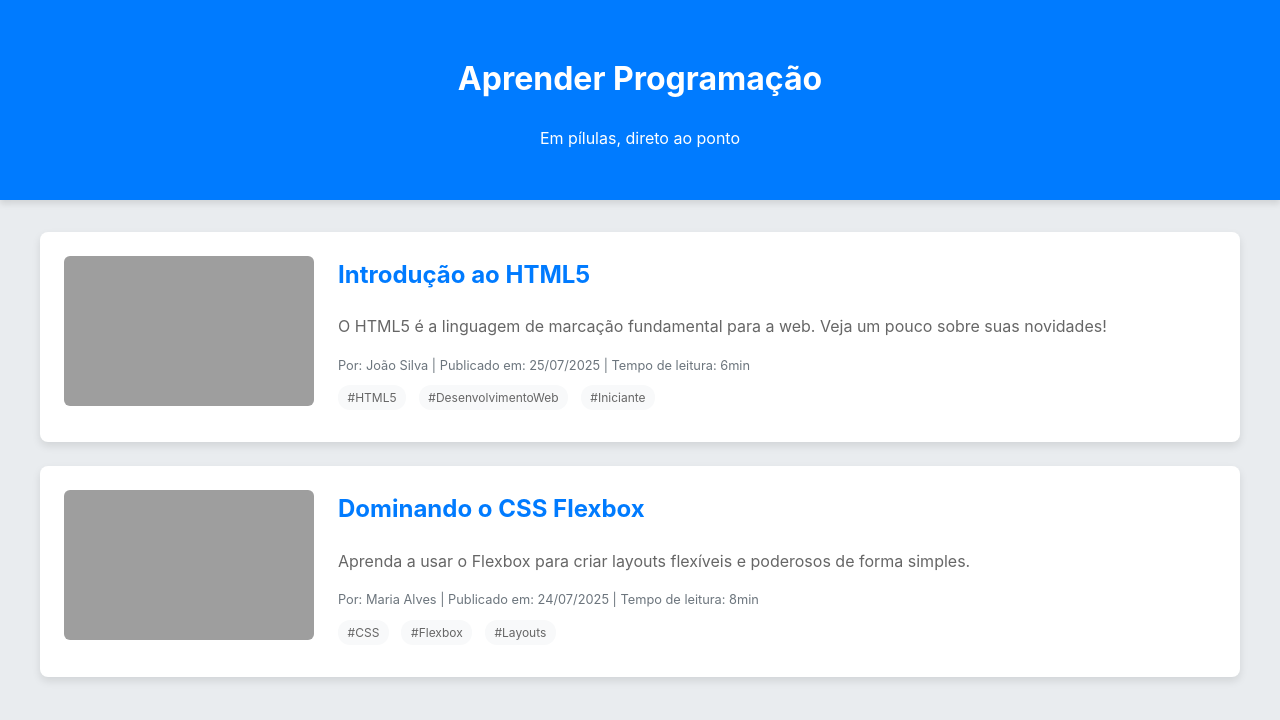
Repository: douglasabnovato/aprender-programar
Page: index.html
These files come from the project's save history. The page is drawn as it stood at one moment and after the next save; the edit follows.
The browser window is 1280 px wide. The pictures show the whole page.
Pictures or frames that could not be fetched are drawn as grey boxes.

Above is the page before, as saved 2025-08-01 14:49:30.

### index.html
<!DOCTYPE html>
<html lang="pt-br">
  <head>
    <meta charset="UTF-8" />
    <meta name="viewport" content="width=device-width, initial-scale=1.0" />
<title>Aprender Programação</title>
    <link rel="stylesheet" href="style.css" />
  </head>
  <body>
    <header>
      <h1>Aprender Programação</h1>
      <p>Em pílulas, direto ao ponto</p>
    </header>

    <main class="container">
      <article class="card">
        <div class="card-preview">
          <img
            src="https://picsum.photos/id/1018/250/150"
            alt="Uma imagem que representa o tema do post"
            class="card-thumbnail"
          />

          <div class="card-info">
            <h2 class="card-title">Introdução ao HTML5</h2>
            <p class="card-description">
              O HTML5 é a linguagem de marcação fundamental para a web. Veja um
              pouco sobre suas novidades!
            </p>

            <div class="card-meta">
              <span class="card-author">Por: João Silva</span> |
              <span class="card-date">Publicado em: 25/07/2025</span> |
              <span class="card-read-time">Tempo de leitura: 6min</span>
            </div>

            <div class="card-tags">
              <span class="tag">#HTML5</span>
              <span class="tag">#DesenvolvimentoWeb</span>
              <span class="tag">#Iniciante</span>
            </div>
          </div>
        </div>

        <div class="card-content">
          <h3>O que é HTML5?</h3>
          <p>
            O HTML5 é a última versão do HTML, a linguagem de marcação
            fundamental para a web. Ele introduziu novas tags semânticas e APIs
            poderosas para criar aplicações web mais ricas e interativas.
          </p>

          <h3>Tags Semânticas</h3>
          <p>
            O HTML5 trouxe várias novidades, como as tags
            <code>&lt;header&gt;</code>, <code>&lt;nav&gt;</code>,
            <code>&lt;main&gt;</code>, <code>&lt;section&gt;</code> e
            <code>&lt;footer&gt;</code>, que ajudam a estruturar o conteúdo de
            forma mais clara, melhorando a acessibilidade e o SEO.
          </p>
          <pre><code>
&lt;!DOCTYPE html&gt;
&lt;html lang="pt-br"&gt;
&lt;head&gt;
    &lt;title&gt;Título da Página&lt;/title&gt;
&lt;/head&gt;
&lt;body&gt;
    &lt;header&gt;
        &lt;h1&gt;Título do Blog&lt;/h1&gt;
    &lt;/header&gt;
    &lt;main&gt;
        &lt;article&gt;
            &lt;h2&gt;Título do Post&lt;/h2&gt;
        &lt;/article&gt;
    &lt;/main&gt;
&lt;/body&gt;
&lt;/html&gt;
          </code></pre>

          <h3>Vídeo Explicativo</h3>
          <div class="video-container">
            <iframe
              src="https://www.youtube.com/embed/dQw4w9WgXcQ"
              frameborder="0"
              allow="accelerometer; autoplay; clipboard-write; encrypted-media; gyroscope; picture-in-picture"
              allowfullscreen
            ></iframe>
          </div>

          <p>
            Com o HTML5, podemos incorporar conteúdo multimídia de forma nativa
            e criar layouts responsivos com mais facilidade.
          </p>

          <img
            src="https://picsum.photos/id/1018/800/400"
            alt="Exemplo de tag semântica"
            class="post-image"
          />
        </div>
      </article>

      <article class="card">
        <div class="card-preview">
          <img
            src="https://picsum.photos/id/237/250/150"
            alt="Uma imagem que representa o tema do post"
            class="card-thumbnail"
          />

          <div class="card-info">
            <h2 class="card-title">Dominando o CSS Flexbox</h2>
            <p class="card-description">
              Aprenda a usar o Flexbox para criar layouts flexíveis e poderosos
              de forma simples.
            </p>

            <div class="card-meta">
              <span class="card-author">Por: Maria Alves</span> |
              <span class="card-date">Publicado em: 24/07/2025</span> |
              <span class="card-read-time">Tempo de leitura: 8min</span>
            </div>

            <div class="card-tags">
              <span class="tag">#CSS</span>
              <span class="tag">#Flexbox</span>
              <span class="tag">#Layouts</span>
            </div>
          </div>
        </div>

        <div class="card-content">
          <h3>O que é Flexbox?</h3>
          <p>
            O Flexbox é um módulo de layout unidimensional do CSS que ajuda a
            distribuir e alinhar elementos dentro de um contêiner. É a
            ferramenta perfeita para criar barras de navegação, galerias e
            layouts complexos de forma responsiva.
          </p>

          <h3>Exemplo Básico</h3>
          <p>
            Para começar, basta definir a propriedade
            <code>display: flex;</code> no contêiner.
          </p>
          <pre>
            <code>
            .container {
                display: flex;
                justify-content: center;
                align-items: center;
            }
            </code>
          </pre>

          <h3>Recursos</h3>
          <img
            src="https://picsum.photos/id/237/800/400"
            alt="Exemplo de Flexbox"
            class="post-image"
          />

          <p>
            Existem diversas propriedades no Flexbox, como
            <code>justify-content</code> para alinhar itens no eixo principal e
            <code>align-items</code> para alinhar no eixo cruzado. Para aprender
            mais, confira este vídeo:
          </p>

          <div class="video-container">
            <iframe
              src="https://www.youtube.com/embed/T6-b7u4vM2Q"
              frameborder="0"
              allow="accelerometer; autoplay; clipboard-write; encrypted-media; gyroscope; picture-in-picture"
              allowfullscreen
            ></iframe>
          </div>
        </div>
      </article>
    </main>

    <script src="script.js"></script>
  </body>
</html>

### style.css
/* Variáveis e estilos globais */
:root {
  --primary-color: #007bff;
  --secondary-color: #f8f9fa;
  --background-color: #e9ecef;
  --card-bg-color: #fff;
  --text-color: #333;
  --shadow-color: rgba(0, 0, 0, 0.1);
}

body {
  font-family: -apple-system, BlinkMacSystemFont, "Segoe UI", Roboto,
    "Helvetica Neue", Arial, sans-serif;
  background-color: var(--background-color);
  margin: 0;
  color: var(--text-color);
  line-height: 1.6;
}

header {
  background-color: var(--primary-color);
  color: white;
  padding: 2rem 1rem;
  text-align: center;
  box-shadow: 0 4px 6px var(--shadow-color);
}

/* Estilo do contêiner principal para o layout de cards */
.container {
  max-width: 1200px;
  margin: 2rem auto;
  padding: 0 1rem;
  display: flex;
  flex-direction: column;
  gap: 1.5rem;
}

/* Estilo dos cards */
.card {
  background-color: var(--card-bg-color);
  border-radius: 8px;
  box-shadow: 0 4px 8px var(--shadow-color);
  padding: 1.5rem;
  cursor: pointer;
  transition: transform 0.3s ease, box-shadow 0.3s ease;
  box-sizing: border-box;
}

.card:hover {
  transform: translateY(-5px);
  box-shadow: 0 8px 16px var(--shadow-color);
}

.card-title {
  margin-top: 0;
  color: var(--primary-color);
}

.card-description {
  font-size: 1rem;
  color: #666;
}

/* Estilo do contêiner para a imagem e o texto */
.card-preview {
  display: flex;
  align-items: flex-start;
  gap: 1.5rem;
}

/* Estilo da imagem de destaque */
.card-thumbnail {
  flex-shrink: 0;
  width: 250px;
  height: auto;
  border-radius: 6px;
}

/* Estilo para as informações do card */
.card-info {
  flex-grow: 1;
}

/* Estilo para os metadados (autor, data, tempo de leitura) */
.card-meta {
  font-size: 0.8rem;
  color: #6c757d;
  margin-top: 0.5rem;
}

/* Estilo para as tags */
.card-tags {
  margin-top: 0.5rem;
}

.tag {
  display: inline-block;
  background-color: var(--secondary-color);
  color: #666;
  font-size: 0.75rem;
  padding: 0.2rem 0.6rem;
  border-radius: 12px;
  margin-right: 0.5rem;
  margin-bottom: 0.5rem;
}

/* Estilo para o acordeão (esconder/mostrar conteúdo) */
.card-content {
  max-height: 0;
  overflow: hidden;
  transition: max-height 0.5s ease-out;
}

.card.open .card-content {
  max-height: 2500px; /* Valor alto o suficiente para caber o conteúdo */
  margin-top: 1.5rem; /* Espaço entre a prévia e o conteúdo completo */
}

/* Estilos para o conteúdo responsivo */
.post-image {
  max-width: 100%;
  height: auto;
  border-radius: 6px;
  margin: 1rem 0;
}

.video-container {
  position: relative;
  width: 100%;
  padding-bottom: 56.25%;
  height: 0;
  overflow: hidden;
  margin: 1rem 0;
  border-radius: 6px;
}

.video-container iframe {
  position: absolute;
  top: 0;
  left: 0;
  width: 100%;
  height: 100%;
}

pre {
  background-color: #343a40;
  color: #f8f9fa;
  padding: 1rem;
  border-radius: 6px;
  overflow-x: auto;
}

code {
  font-family: "Courier New", Courier, monospace;
  font-size: 0.9em;
}

/* Media Query para telas pequenas (smartphones) */
@media (max-width: 768px) {
  .card-preview {
    flex-direction: column;
  }

  .card-thumbnail {
    width: 100%;
  }
}

### script.js
document.addEventListener("DOMContentLoaded", () => {
  const cards = document.querySelectorAll(".card");

  cards.forEach((card) => {
    // Anexamos o evento de clique ao card completo.
    card.addEventListener("click", (event) => {
      // Garante que o clique seja tratado apenas no elemento .card, e não em seus filhos.
      const clickedCard = event.currentTarget;

      // Itera sobre todos os cards para fechar aqueles que não foram clicados
      cards.forEach((otherCard) => {
        if (otherCard !== clickedCard && otherCard.classList.contains("open")) {
          otherCard.classList.remove("open");
        }
      });

      // Alterna a classe "open" no card que foi clicado.
      clickedCard.classList.toggle("open");
    });
  });
});

After the next save:
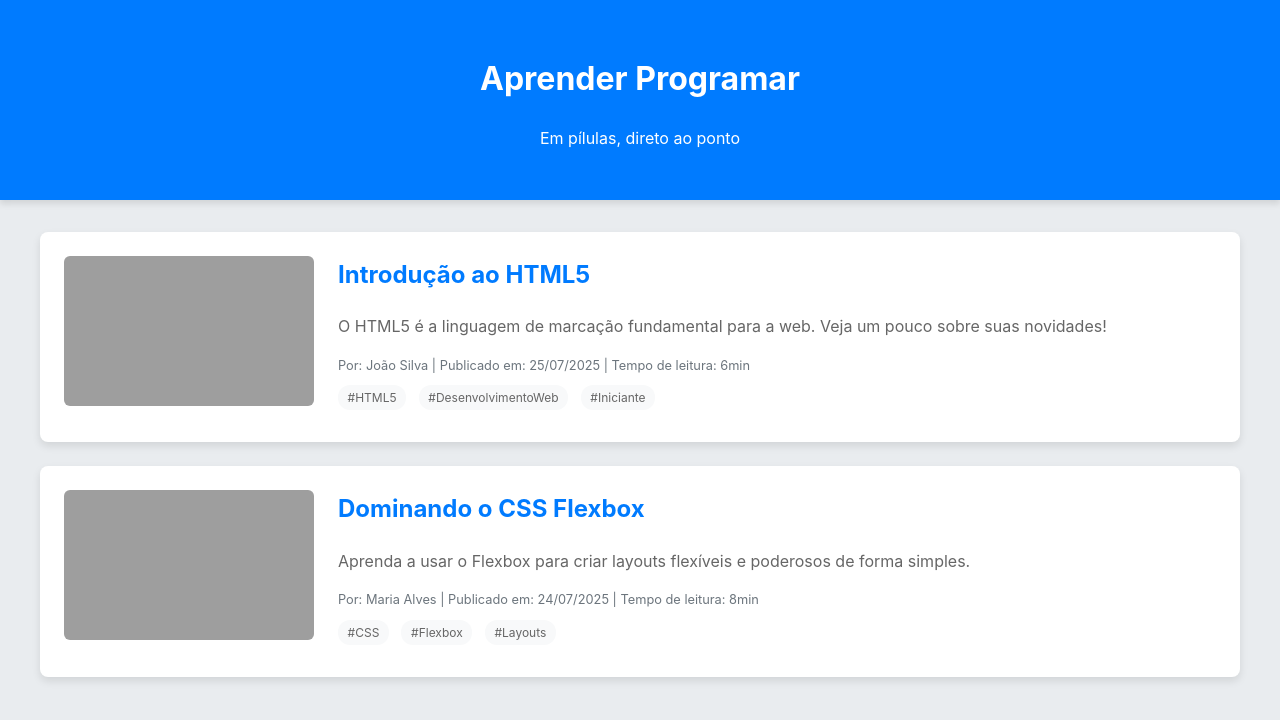
Saved 2 min 16 s later.
--- a/index.html
+++ b/index.html
@@ -8,7 +8,7 @@
   </head>
   <body>
     <header>
-      <h1>Aprender Programação</h1>
+      <h1>Aprender Programar</h1>
       <p>Em pílulas, direto ao ponto</p>
     </header>
 
